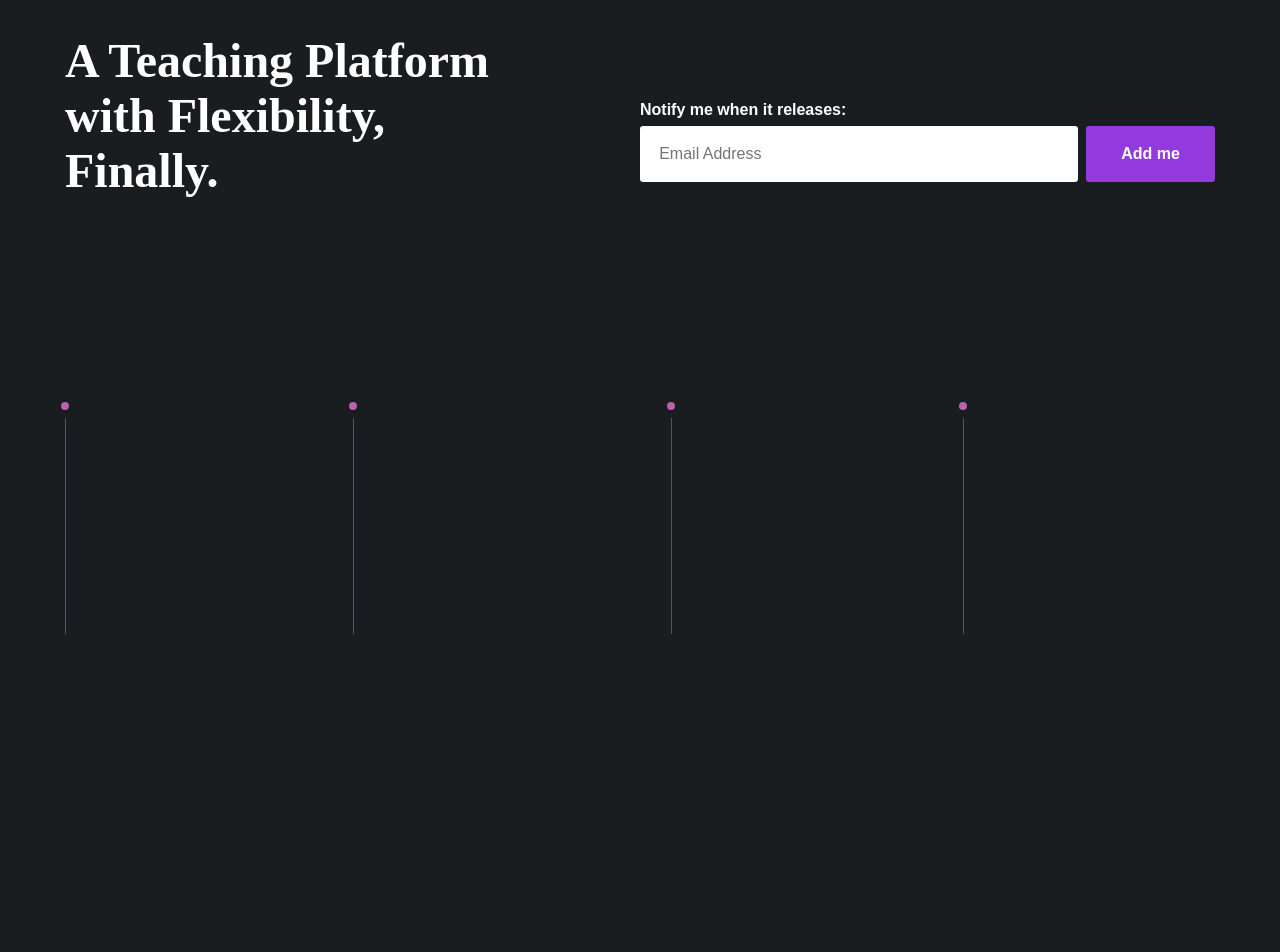
Repository: yavinash249/gsap1
Page: index.html
The author's editor kept a copy of each file at every save. The page is drawn from the files as they stood at one save, then again after the next save.
The browser window is 1280 px wide. The pictures show the part of the page from y = 275 to 1227 px (the page is 1227 px tall).
A picture or video elsewhere on the page could not be fetched, so the positions and the page height are approximate.

Above is the page before, as saved 2023-02-27 09:41:32.

After the next save:
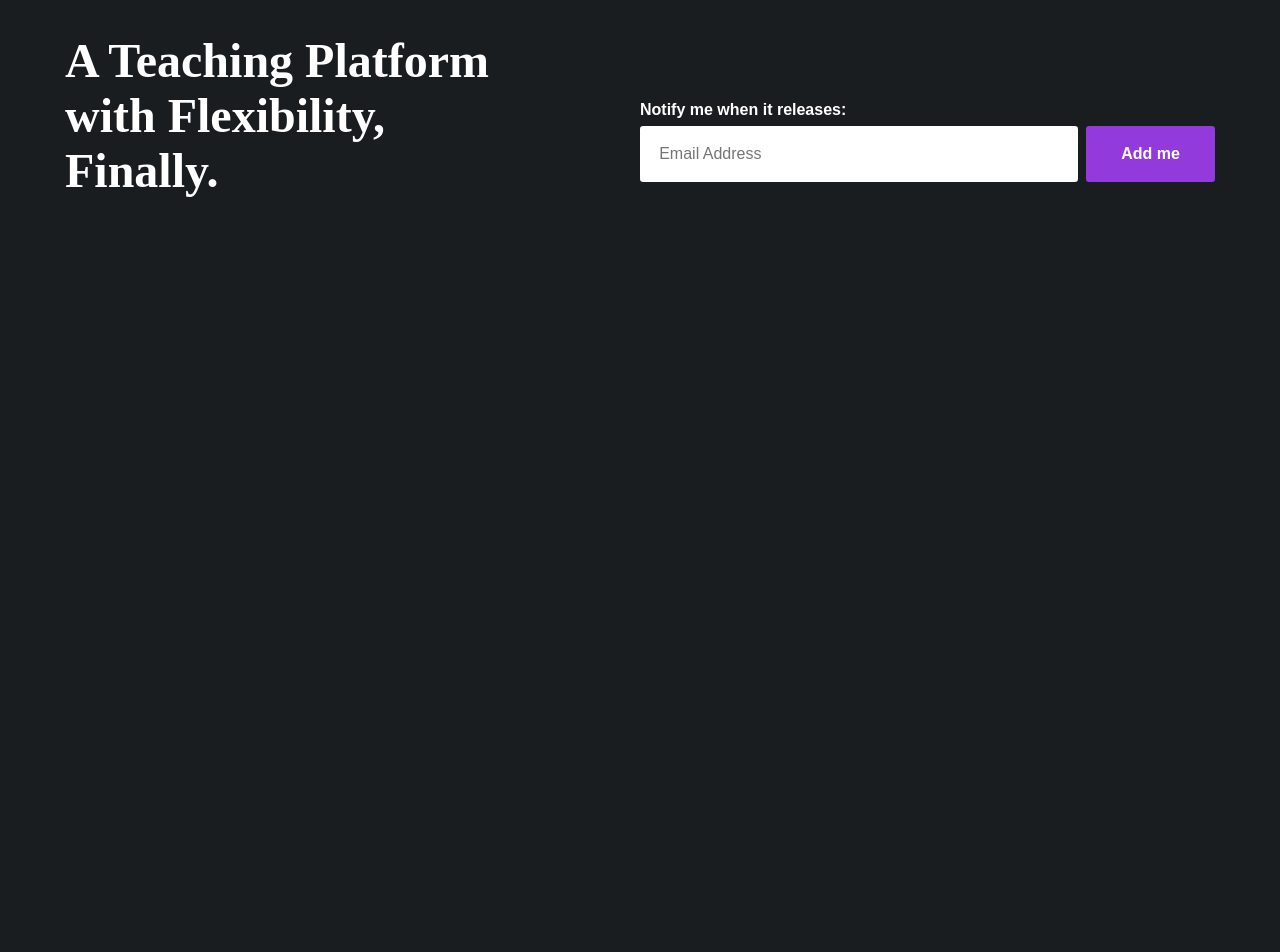
Saved 42 s later.
--- a/index.html
+++ b/index.html
@@ -74,7 +74,7 @@
         tl.to('h1', { 'clip-path': 'polygon(0% 100%, 100% 100%, 100% 0%, 0% 0%)', opacity: 1, y: 0, duration: 2.2})
         tl.to('.form', { 'clip-path': 'polygon(0% 100%, 100% 100%, 100% 0%, 0% 0%)', opacity: 1, y: 0}, "-=2")
         tl.from('.card',{ scaleY:0, stagger: .2}, "-=2")
-        // tl.from('.card', { scaleY: 0, stagger: .2}, "-=2")
+        tl.from('.card', { scaleY: 0, stagger: .2}, "-=2")
         tl.from(flagPoles, {  stagger: 1, opacity: 0, transform: 'translateY(100px)' }, "-=2")
         // tl.to('.title, .desc', { stagger: .1, duration: 1.2, opacity: 1, y: 0}, "-=2")
         // tl.to('footer', { opacity: 1}, "-=2")
